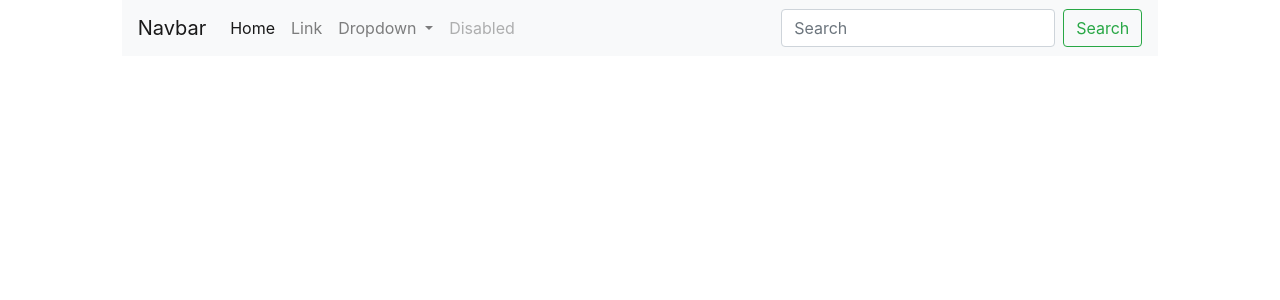
Repository: AalokJadhav/Weather_App
Page: public/index.html
An editor plug-in stored every save of this project. The page is shown before and after the next save, followed by the edit.
The browser window is 1280 px wide. The pictures show the whole page.

Above is the page before, as saved 2020-11-14 23:53:28.

After the next save:
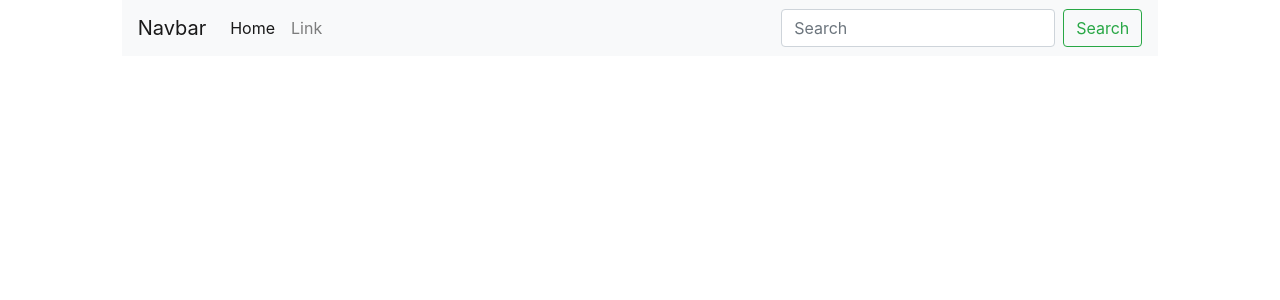
Saved 4 min 6 s later.
--- a/public/index.html
+++ b/public/index.html
@@ -38,20 +38,6 @@
                     <li class="nav-item">
                       <a class="nav-link" href="#">Link</a>
                     </li>
-                    <li class="nav-item dropdown">
-                      <a class="nav-link dropdown-toggle" href="#" id="navbarDropdown" role="button" data-toggle="dropdown" aria-haspopup="true" aria-expanded="false">
-                        Dropdown
-                      </a>
-                      <div class="dropdown-menu" aria-labelledby="navbarDropdown">
-                        <a class="dropdown-item" href="#">Action</a>
-                        <a class="dropdown-item" href="#">Another action</a>
-                        <div class="dropdown-divider"></div>
-                        <a class="dropdown-item" href="#">Something else here</a>
-                      </div>
-                    </li>
-                    <li class="nav-item">
-                      <a class="nav-link disabled" href="#">Disabled</a>
-                    </li>
                   </ul>
                   <form class="form-inline my-2 my-lg-0">
                     <input class="form-control mr-sm-2" type="search" placeholder="Search" aria-label="Search">
